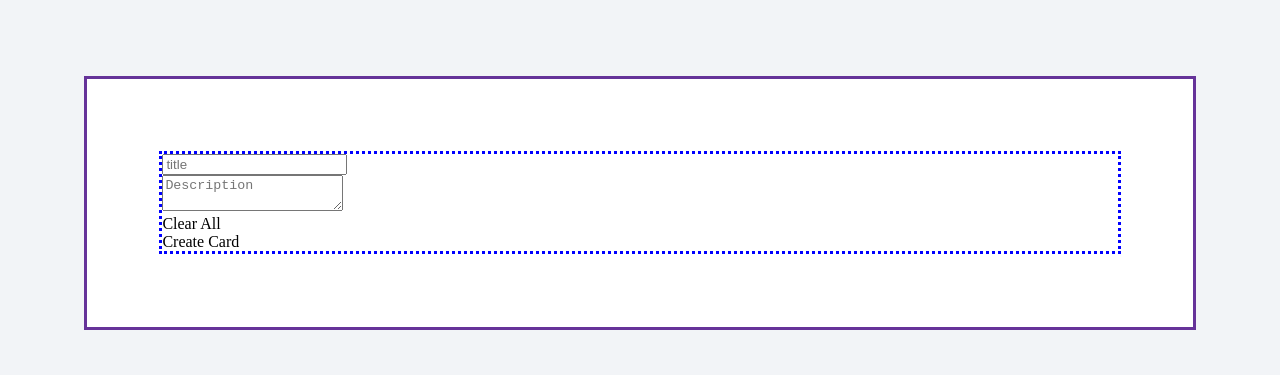
Repository: ReyhanehRahmani/TO-DO
Page: index.html
An editor plug-in stored every save of this project. The page is shown before and after the next save, followed by the edit.
The browser window is 1280 px wide. The pictures show the whole page.

Above is the page before, as saved 2025-06-07 22:15:45.

After the next save:
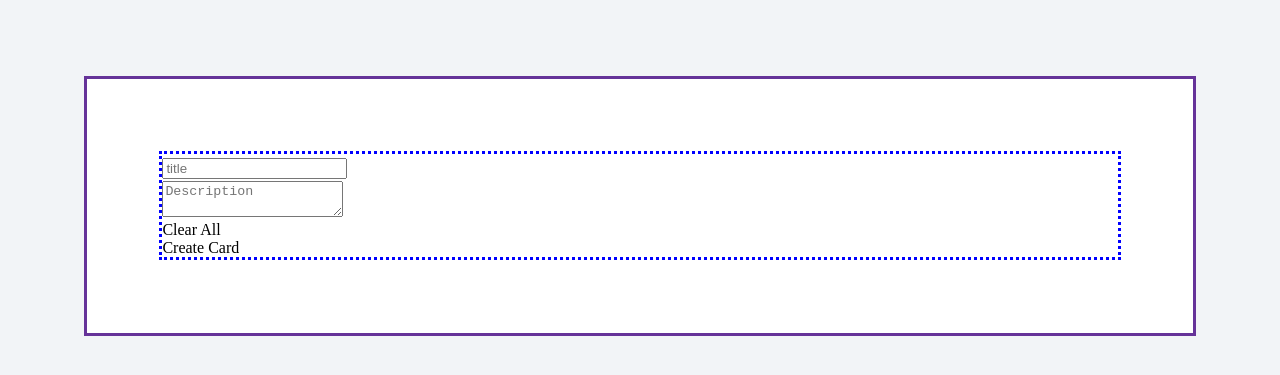
Saved 19 s later.
--- a/style.css
+++ b/style.css
@@ -21,5 +21,10 @@ body{
 }
 
 #title{
-    width: 1000px;
+    font-family: Poppins;
+    font-weight: 700;
+    font-size: 18px;
+    line-height: 150%;
+    letter-spacing: -2%;
+
 }
